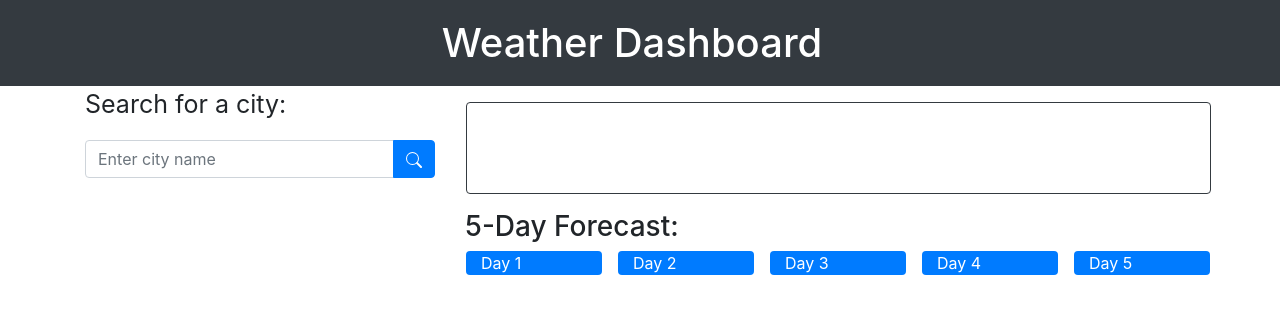
Repository: himaja830/Weather-Dashboard
Page: index.html
An editor plug-in stored every save of this project. The page is shown before and after the next save, followed by the edit.
The browser window is 1280 px wide. The pictures show the whole page.
Some web libraries are served in a nearby version.

Above is the page before, as saved 2020-06-28 20:33:36.

After the next save:
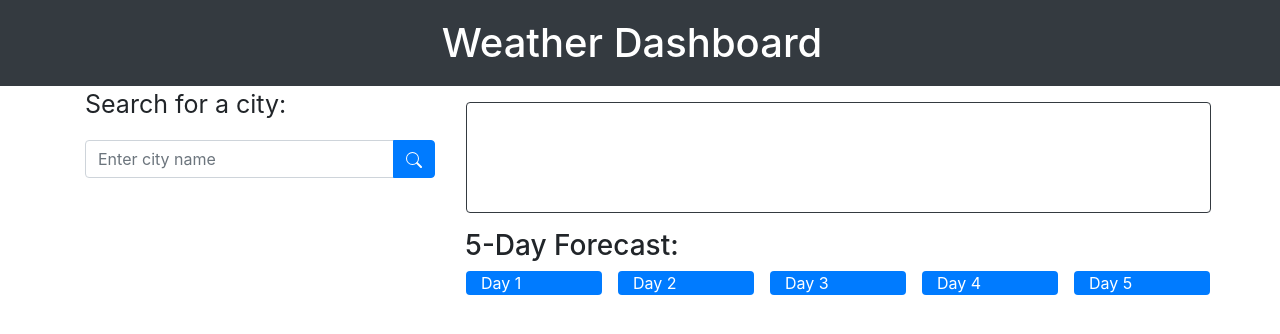
Saved 11 h 56 min later.
--- a/assets/style.css
+++ b/assets/style.css
@@ -4,3 +4,6 @@
 .searchHeader{
     font-size: 25px;
 }
+.city-name{
+    font-size: 30px;
+}
